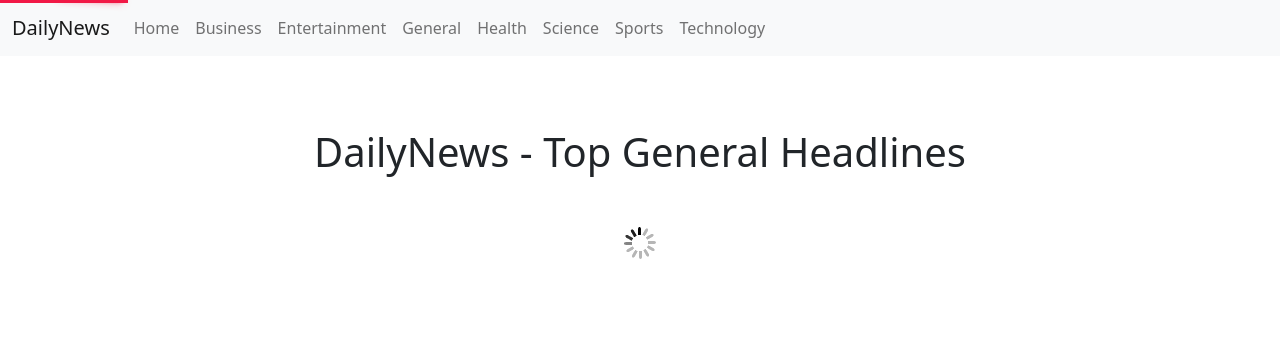
Repository: Bikki084/Daily_News
Page: /
The author's editor kept a copy of each file at every save. The page is drawn from the files as they stood at one save, then again after a run of saves.
The browser window is 1280 px wide. The pictures show the whole page.
The page's requests for data from a server got no answer. The project was rebuilt for these pictures with package versions that can differ from the ones it lists, and the page was loaded fresh each time. No one was signed in, and anything a server would have sent is missing. Also part of the build but not shown: src/App.css, src/components/NewsItem.js.

Above is the page before, as saved 2021-12-22 01:38:37.

After the next 5 saves:
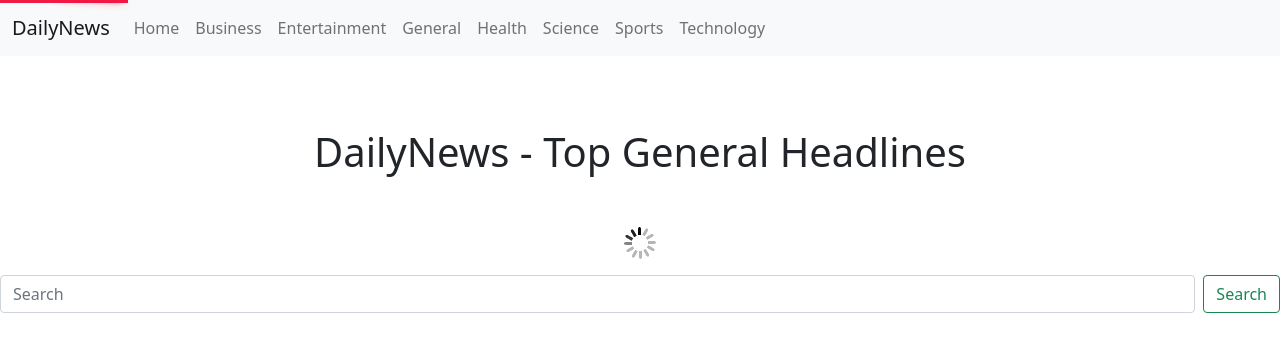
The 5 saves are shown as one change because they came seconds apart.
The last was saved 17 s later.
--- a/src/App.js
+++ b/src/App.js
@@ -33,6 +33,7 @@ const App = ()=> {
           <Route exact path="/technology"><News setProgress={setProgress} apiKey={apiKey} key="technology" pageSize={pageSize} country="in" category="technology"/></Route>
 
         </Switch>
+        <Search/>
         </Router>
       </div>
     )
